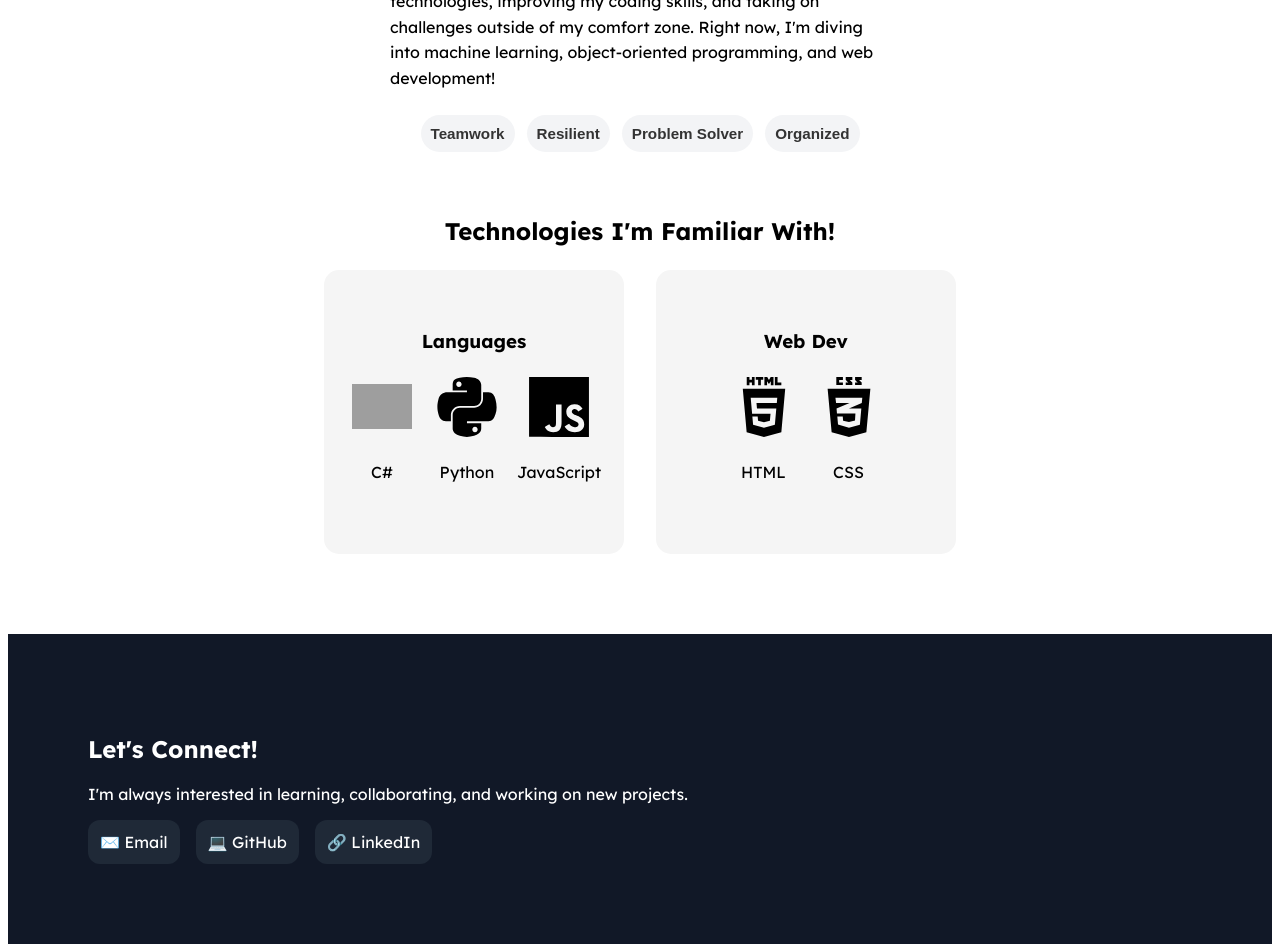
Repository: perrybalaba/perrybalaba
Page: index.html
These files come from the project's save history. The page is drawn as it stood at one moment and after the next save; the edit follows.
The browser window is 1280 px wide. The pictures show the part of the page from y = 1087 to 2039 px (the page is 2039 px tall).
Pictures or frames that could not be fetched are drawn as grey boxes. Some web fonts or font styles are not loaded; a fallback is used.

Above is the page before, as saved 2026-05-13 20:27:12.

### index.html
<!DOCTYPE html>
<html lang="en">
<head>
    <meta charset="UTF-8">
    <meta name="viewport" content="width=device-width, initial-scale=1.0">
    <title>Perry's Portfolio</title>
    <link rel="stylesheet" href="./styles/globals.css"/>
    <link rel="stylesheet" href="./styles/index.css"/>
</head>

<body>
    <main>
        <!-- NAVIGATION BAR -->
        <!-- 👇 TO CHANGE: href -->
        <nav class="Nav-Bar">
            <ul>
                <li><a href="./index.html"> About me </a></li>
                <li><a href="./index.html"> Projects </a></li>
            </ul>
        </nav>

        <!-- PAGE HEADER -->
        <div class="About-Me">
            <header class="Home-Header">
                <h1> Perry Balaba </h1>
            </header>

            <!-- INFORMATION ABOUT ME -->
            <div class ="Info">
                <!-- IMAGE -->
                <img class="My-Photo" src="./assets/images/portfolio-me.jpg" alt="me"/>

                <div class ="Description">
                    <h2> Hello World! 👋 </h2>
                    <p> I'm a Computer Science Student at John Abbott College
                        with a strong passion for technology, software development, and problem-solving.
                        I love turning ideas into functional applications and programs from scratch. I am naturally curious and always motivated
                        to expand my knowledge by learning new technologies, improving my coding skills, and taking on challenges outside of my comfort zone.
                        Right now, I'm diving into machine learning, object-oriented programming, and web development!
                    </p>

                    <!-- SOFT SKILLS -->
                    <div class="Soft-Skills-Container">
                        <button type="button" class="Soft-Skills" disabled> Teamwork </button>
                        <button type="button" class="Soft-Skills" disabled> Resilient </button>
                        <button type="button" class="Soft-Skills" disabled> Problem Solver </button>
                        <button type="button" class="Soft-Skills" disabled> Organized </button>
                    </div>
                </div>
            </div>
        </div>

        <!-- SKILLS -->
        <div class="Skills">
            <h2> Technologies I'm Familiar With! </h2>
            <div class="Skills-Container">

                <div class="Skill-Card">
                    <h3> Languages </h3>

                    <div class="Skill-Icons">
                        <div class="Skill">
                            <img src="./assets/images/csharp-svgrepo-com.svg" alt="c# logo"/>
                            <p> C# </p>
                         </div>

                        <div class="Skill">
                            <img src="./assets/images/python-svgrepo-com.svg" alt="python logo"/>
                            <p> Python </p>
                        </div>

                        <div class="Skill">
                            <img src="./assets/images/js01-svgrepo-com.svg" alt="javascript logo"/>
                            <p> JavaScript</p>
                        </div>
                    </div>
                </div>

                <div class="Skill-Card">
                    <h3> Web Dev </h3>

                    <div class="Skill-Icons">
                        <div class="Skill">
                            <img src="./assets/images/html5-01-svgrepo-com.svg" alt="html logo"/>
                            <p> HTML </p>
                        </div>

                        <div class="Skill">
                            <img src="./assets/images/css3-01-svgrepo-com.svg" alt="css logo"/>
                            <p> CSS </p>
                        </div>
                    </div>
                </div>
            </div>
        </div>

        <!-- CONTACT -->
        <div class="Contact">
            <div class="Contact-Containter">
                <div class="Contact-Text">
                    <h2> Let's Connect! </h2>
                    <p>
                        I'm always interested in learning, collaborating, and working on new projects.
                    </p>
                </div>

                <div class="Contact-Links">
                    <a href="mailto:balabaperry@gmail.com"> ✉️ Email</a>
                    <a href="https://github.com/perrybalaba"> 💻 GitHub </a>
                    <a href="https://www.linkedin.com/in/ann-karen-balaba-46b839387/"> 🔗 LinkedIn</a>
                </div>
            </div>
        </div>
    </main>
</body>
</html>

### styles/globals.css
/* FONTS */
@font-face {
    font-family: "NotoSans";
    src: url(../assets/fonts/Noto_Sans/NotoSans-VariableFont_wdth\,wght.ttf);
}

@font-face {
    font-family: "Lexend";
    src: url(../assets/fonts/Lexend_Deca\,Noto_Sans/Lexend_Deca/LexendDeca-VariableFont_wght.ttf);
}

.Home-Header {
    font-family: "NotoSans";
}

.Nav-Bar {
    font-family: "Lexend";
}

main {
    font-family: "Lexend";
}

/* DESKTOP AND TABLET LAYOUTS */

### styles/index.css
/* NAVIGATION BAR */
nav ul {
    list-style: none;
    display: flex;
    justify-content: center;
    flex-wrap: wrap;
    gap: 1rem;
    padding: 1rem;
}

nav ul li {
    float: center;
}

nav ul li a {
    display: block;
    text-align: center;
    padding: .75rem 1rem;
    text-decoration: none;
    font-size: 1rem;
    transition: .2s;
}

nav ul li a:hover {
    transform: scale(1.08);
}

/* HEADER */
.Home-Header {
    font-size: 3rem;
    text-align: center;
}

/* ABOUT ME */
.Info h2 {
    font-size: 2.5rem;
    text-align: center;
}

.Info {
    display: flex;
    flex-direction: column;
    align-items: center;
}

.Info p {
    max-width: 500px;
    line-height: 1.6;

}

.Info img {
    width: 500px;
    height: 500px;
    border-radius: 55px;
}

/* SOFT SKILLS */
.Soft-Skills-Container {
    display: flex;
    justify-content: center;
    align-items: center;
    gap: 12px;
    flex-wrap: wrap;
    margin-top: 1.5rem;
}

.Soft-Skills {
    background-color: #f3f4f6;
    color: #333;
    border: none;
    padding: 10px;
    border-radius: 1000px;
    font-size: 0.95rem;
    font-weight: 600;
    transition: all 0.2s ease;
}

.Soft-Skills:hover {
    transform: translateY(-5px);
    background-color: #4b5563;
    color: white;
}

/* SKILLS */
.Skills-Container {
    display: flex;
    justify-content: center;
    gap: 2rem;
    flex-wrap: wrap;
    margin-top: 1.5rem;
}

.Skill-Card {
    background-color: #f5f5f5;
    padding: 2.5rem;
    border-radius: 15px;
    width: 220px;
    transition: transform 0.2s ease;
}

.Skill-Card:hover {
    transform: translateY(-7px);
}

.Skill-Icons {
    display: flex;
    justify-content: center;
    gap: 15px;
    margin-top: 1rem;
}

.Skill-Icons img {
    width: 60px;
    height: 60px;
    object-fit: contain;
    padding: 5px;
    transition: transform 0.2s ease;
}

.Skill-Icons img:hover {
    transform: scale(1.2);
}

.Skill {
    text-align: center;
}

.Skills {
    margin-top: 4rem;
    text-align: center;
}

.Skills p {
    font-size: 1rem;
    margin-bottom: 2rem;
}

/* CONTACT */
.Contact {
    background-color: #111827;
    color: white;
    padding: 5rem;
    margin-top: 5rem;
}

.Contact-Container {
    display: flex;
    justify-content: space-between;
    align-items: center;
    max-width: 1000px;
    margin: 0;
    flex-wrap: wrap;
    gap: 2rem;
}

.Contact-Links {
    display: flex;
    gap: 1rem;
    flex-wrap: wrap;
}

.Contact-Links a {
    text-decoration: none;
    background-color: #1F2937;
    color: white;
    padding: 12px;
    border-radius: 12px;
    transition: 0.2s ease;
}

.Contact-Links:hover {
    background-color: #374151;
    transform: translateY(-5px);
}

After the next save:
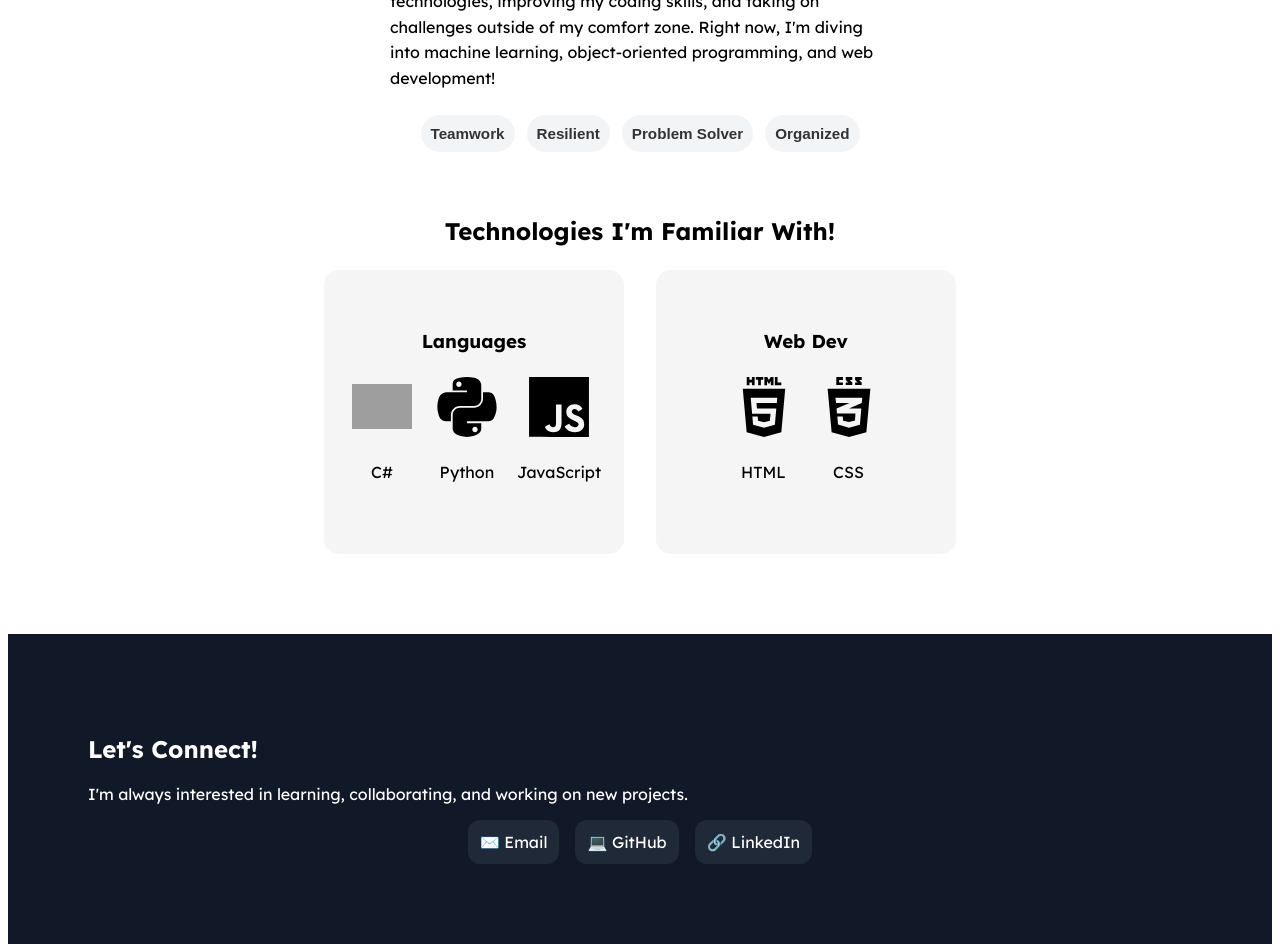
Saved 2 min 41 s later.
--- a/styles/index.css
+++ b/styles/index.css
@@ -158,6 +158,7 @@
     display: flex;
     gap: 1rem;
     flex-wrap: wrap;
+    justify-content: center;
 }
 
 .Contact-Links a {
@@ -169,7 +170,7 @@
     transition: 0.2s ease;
 }
 
-.Contact-Links:hover {
+.Contact-Links a:hover {
     background-color: #374151;
-    transform: translateY(-5px);
+    transform: scale(1.03);
 }

After the save that followed:
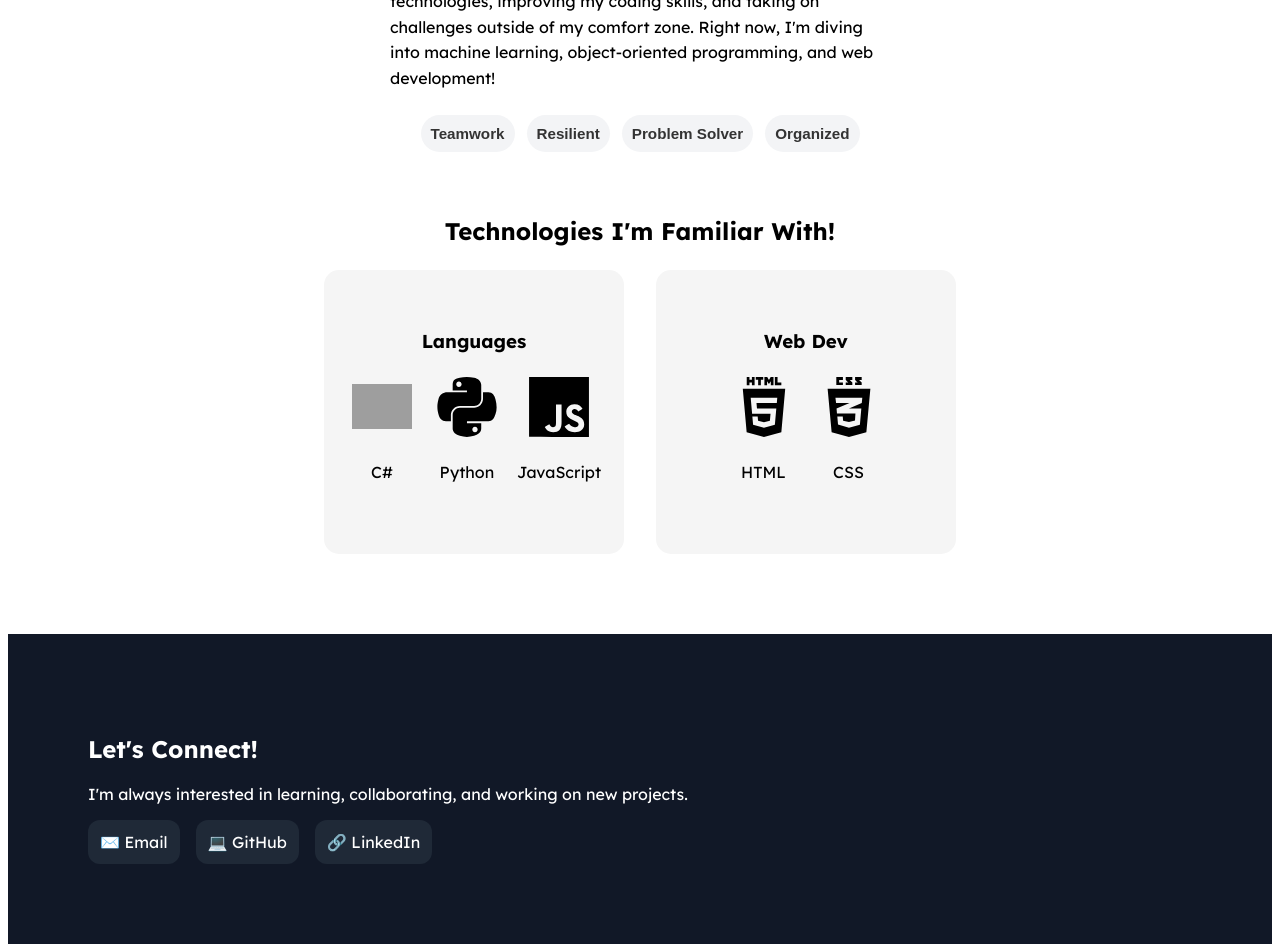
Saved 29 s later.
--- a/styles/index.css
+++ b/styles/index.css
@@ -158,7 +158,6 @@
     display: flex;
     gap: 1rem;
     flex-wrap: wrap;
-    justify-content: center;
 }
 
 .Contact-Links a {
